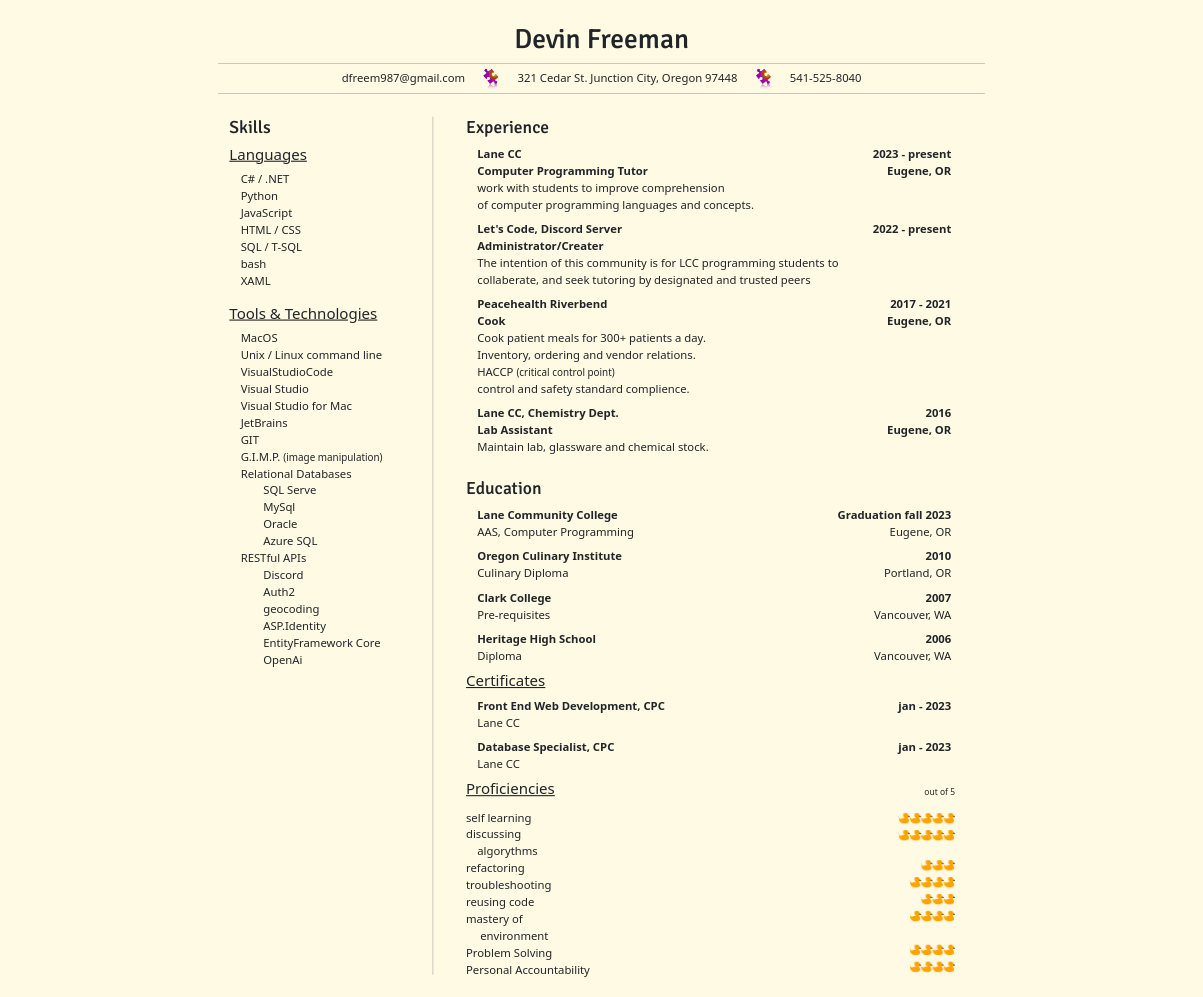
Repository: Dfreem/Resume
Page: index.html
The author's editor kept a copy of each file at every save. The page is drawn from the files as they stood at one save, then again after the next save.
The browser window is 1280 px wide. The pictures show the whole page, at 94% of full size.

Above is the page before, as saved 2023-02-13 12:27:40.

After the next save:
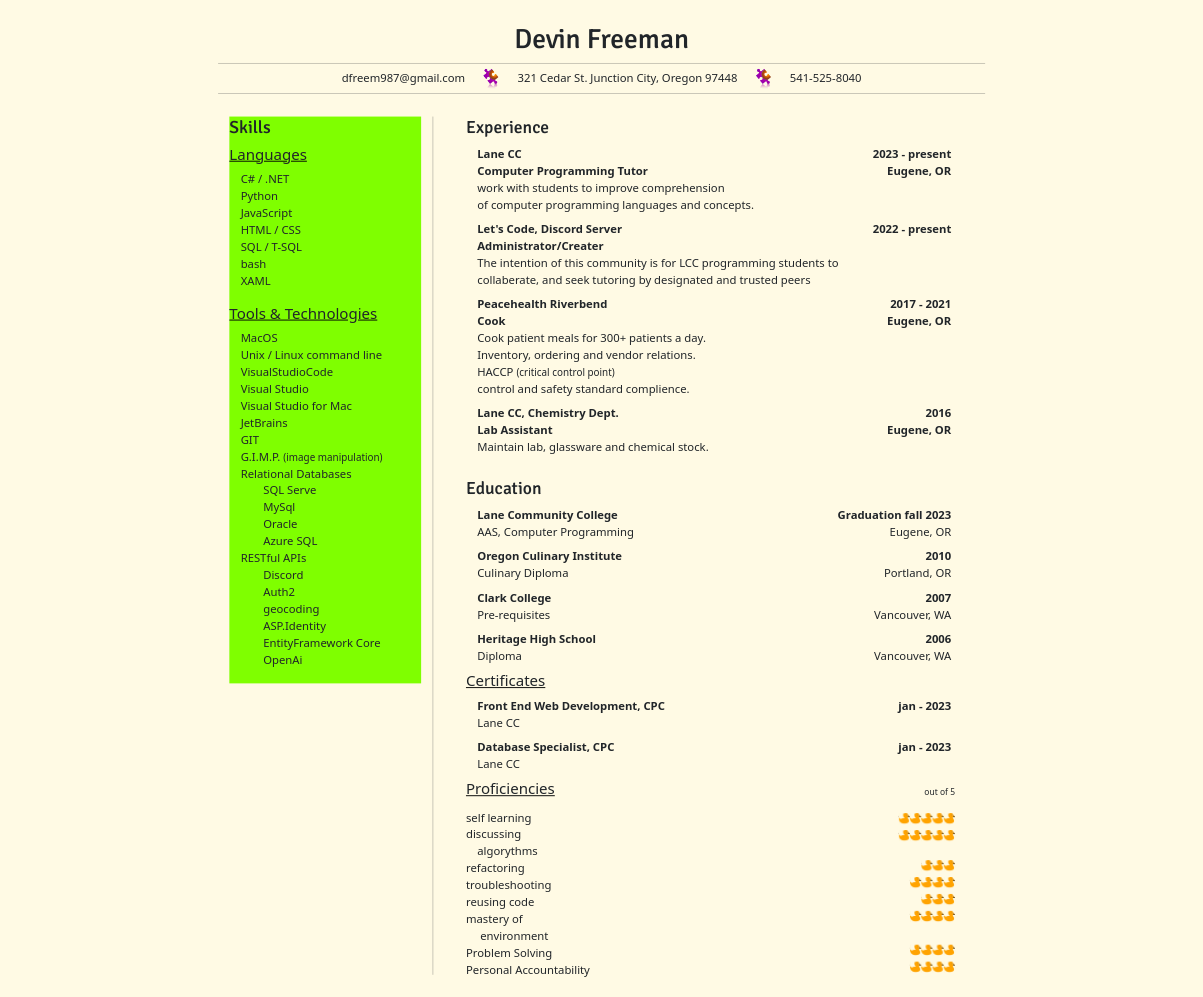
Saved 9 s later.
--- a/resume.css
+++ b/resume.css
@@ -73,7 +73,7 @@ h4 {
     margin-block-end: 1em;
     margin-top: 2em;
     height: fit-content;
-    /* background-color: chartreuse; */
+    background-color: chartreuse;
 }
 
 .push-right {
